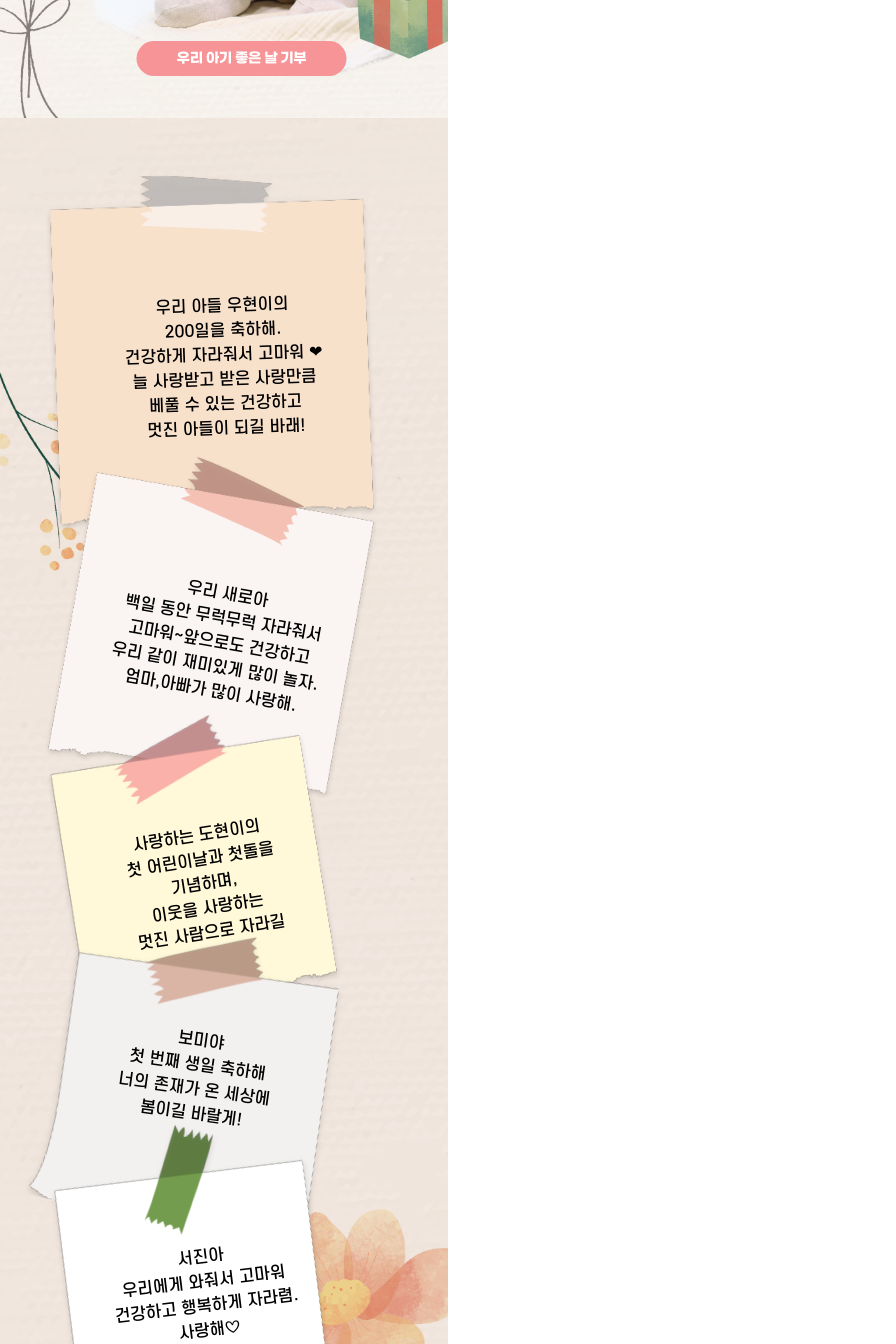
Repository: dlgywls1130/save_children_m
Page: index.html
The author's editor kept a copy of each file at every save. The page is drawn from the files as they stood at one save, then again after the next save.
The browser window is 1280 px wide. The pictures show the part of the page from y = 772 to 2692 px (the page is 9658 px tall), at 70% of full size.

Above is the page before, as saved 2023-12-13 19:12:23.

### index.html
<!DOCTYPE html>
<html lang="en">
<head>
    <meta charset="UTF-8">
    <meta name="viewport" content="width=device-width, initial-scale=1.0">
    <title>세이브더칠드런</title>

    <link rel="stylesheet" href="./css/reset.css">
    <link rel="stylesheet" href="./css/style.css">

</head>
<body>
    <div class="content_body">
        <section class="section_wrapper section01">
            <div class="se01 se_wrapper">
                <div class="se01_sub">
                    <div class="sub_logo">
                        <img src="./img/logo01.png" alt="logo">
                    </div>
                    <p>우리 아기 좋은 날 기부</p>
                </div>
                <p class="seo01_title">
                    아가야,
                </p>
                <p class="seo01_title_two">
                    너의 <span id="rollingText">탄생</span> 순간을 축하해!
                </p>
                <p class="section_descript mb-45">
                    아이의 건강과 행복을
                    <br>바라는 마음을 담아,
                    <br>탄생, 백일, 첫 걸음마, 첫돌 등
                    <br>내 아이의 소중한 순간을
                    <br>기부로 기념해보세요.
                    <br>함께 자라나는 다른 아이들
                    <br>에게도 큰 축복이 됩니다..
                </p>

                <a class="donation_link" href="javascript:void(0)">우리 아기 좋은 날 기부</a>
            </div>
        </section>
        <section class="section_wrapper section02">
            <div class="se02 se_wrapper">
                <div class="postit_wrapper">
                    <div class="postit postit01">
                        <p>우리 아들 우현이의<br>
                        200일을 축하해.<br>
                        건강하게 자라줘서 고마워 ❤<br>
                        늘 사랑받고 받은 사랑만큼<br>
                        베풀 수 있는 건강하고<br>
                        멋진 아들이 되길 바래!</p>
                    </div>
                    <div class="postit postit02">
                        <p>우리 새로아<Br>
                        백일 동안 무럭무럭 자라줘서<Br>
                        고마워~앞으로도 건강하고<Br>
                        우리 같이 재미있게 많이 놀자.<Br>
                        엄마,아빠가 많이 사랑해.</p>
                    </div>

                    <div class="postit postit05">
                        <p>사랑하는 도현이의<br>
                        첫 어린이날과 첫돌을<br>
                        기념하며, <br>
                        이웃을 사랑하는<br>
                        멋진 사람으로 자라길</p>

                    </div>
                    <div class="postit postit04">
                        <p>보미야<br>
                        첫 번째 생일 축하해<br>
                        너의 존재가 온 세상에<br>
                        봄이길 바랄게!   </p>
                    </div>

                    <div class="postit postit03">
                        <p>서진아<br>
                        우리에게 와줘서 고마워<br>
                        건강하고 행복하게 자라렴.<br>
                        사랑해♡      </p>
                    </div>

                </div>
                <p class="ex_text">*소개한 사연은 모두 실제 사연입니다.</p>

            </div>
        </section>
        <section class="section_wrapper section03">
            <div class="se_wrapper se03">
                <div class="se_title_co">
                    아기의 좋은 날을 기념해 주신 모든 분들께
                    <br>후원감사증서를 보내드립니다.
                </div>
                <div class="se_sub_co">
                    후원감사증서는 아기에게 남기고 싶은 메시지와 아기의 좋은 날이 담긴 사진을 보관할 수 있도록
                    <br>만들어드립니다. 먼 훗날, 아기가 성장해 읽게 될 날을 그리며 편지를 써보세요.
                </div>
            </div>

        </section>
        <section class="section_wrapper section04">
            <div class="se_wrapper se04">
                <div class="se_title_co">
                    이름 자수 순면거즈블랭킷
                </div>
                <div class="se_sub_co">
                    30만원 이상 후원하신 분들께는 순면 거즈 아기 블랭킷(90*110)에
                    <Br>원하시는 이름(영문)을 예쁘게 수놓아 드립니다.
                </div>

                <div class="se04_slide mt-85">
                    <div class="se04_slide_list">
                        <img src="./img/slide01.jpg">
                    </div>
                    <div class="se04_slide_list">
                        <img src="./img/slide02.jpg">
                    </div>
                    <div class="se04_slide_list">
                        <img src="./img/slide03.jpg">
                    </div>
                </div>
            </div>
        </section>
        <section class="section_wrapper section05">
            <div class="se_wrapper se05">
                <div class="se_title_co">
                    후원신청 과정
                </div>

                <div class="se_step_list">
                    <div class="se_step">
                        <p class="step_number">1</p>
                        <div class="step_ico">
                            <img src="./img/icon01.png" alt="img">
                        </div>
                        <p class="step_descript">
                            후원신청하기
                        </p>
                    </div>
                    <div class="se_step">
                        <p class="step_number">2</p>
                        <div class="step_ico">
                            <img src="./img/icon02.png" alt="img">
                        </div>
                        <p class="step_descript">
                            후원감사증서
                            <br>메시지 적기
                        </p>
                    </div>
                    <div class="se_step">
                        <p class="step_number">3</p>
                        <div class="step_ico">
                            <img src="./img/icon03.png" alt="img">
                        </div>
                        <p class="step_descript">
                            신청완료
                        </p>
                    </div>
                    <div class="se_step">
                        <p class="step_number">4</p>
                        <div class="step_ico">
                            <img src="./img/icon04.png" alt="img">
                        </div>
                        <p class="step_descript">
                            후원감사증서 발송
                            <Br>(1주 이내)
                        </p>
                    </div>
                </div>

                <div class="se_sub_co mt-100">
                    30만원 이상 후원해 주신 경우,
                    <br>감사 선물 수령 주소 및 아기 블랭킷에 새겨질 문구 확인을 위한 문자가 발송됩니다.
                </div>

                <a class="donation_link" href="javascript:void(0)">우리 아기 좋은 날 기부</a>
            </div>

        </section>
        <section class="section_wrapper section06">
            <div class="se_wrapper se06">
                <div class="se_title_co">
                    후원금, 이렇게 쓰여요!
                </div>
                <div class="se_sub_co">
                    세이브더칠드런은 <span>국내외 아동을 위한 교육,
                    <Br>보호, 보건영양지원, 아동권리옹호</span> 등의 활동을 해나가고 있습니다.
                </div>
                <div class="se_sub_co">
                    보내주신 후원금은 정치, 종교, 인종에 관계없이 모든 아이를 구해야 한다는
                    <Br>세이브더칠드런의 신념에 따라 <span>가장 도움 필요한 아이를 위해 우선 사용</span>됩니다.
                </div>
            </div>

        </section>
        <section class="section_wrapper section07">
            <div class="se_wrapper se07">
                <div class="se_title_co">
                    FAQ
                </div>
                <div class="accordion">
                    <div class="accordion-item">
                        <h3 class="title">
                            <span>1. 30만원 이상 후원했습니다. 거즈 순면 블랭킷은 언제 오나요?</span>
                            <img src="./img/top.png">
                        </h3>
                        <p class="paragraph">
                            우리아기 축하기부로 30만원 이상 후원자님들께는 담요에 수놓을 아기 이름과
                            <Br>선물 수령 주소 확인을 위한 문자가 발송됩니다.
                            <br>02-6900-4479로 발송되는 문자 속 설문조사에 답해주세요.
                            <br>확인을 완료하신 분들께는 블랭킷 제작을 담당하고 있는 조니 스튜디오에서
                            <br>아기 이름 자수 작업 완료 후 배송해 드립니다.

                        </p>
                    </div>
                    <div class="accordion-item">
                        <h3 class="title">
                            <span>2. 거즈 순면 블랭킷, 안전한 제품인가요?</span>
                            <img src="./img/top.png">
                        </h3>
                        <p class="paragraph">
                            본 블랭킷은 워싱된 3중 거즈로 제작되었으며, KC안전검사를 완료하였습니다.
                            소재 특성상 섬유 조각이 발생할 수 있어 망에 넣지 않고 3번 정도 물빨래 하시는 것을 권장합니다.

                        </p>
                    </div>
                    <div class="accordion-item">
                        <h3 class="title">
                            <span>3. 거즈 순면 블랭킷을 받았는 데 하자가 있어요. 어떻게 해야 하나요? </span>
                            <img src="./img/top.png">
                        </h3>
                        <p class="paragraph">
                            070-4220-4123 (조니스튜디오 CS)로 전화 연락 부탁드립니다. 하자 물품에 대한 교환은 수령일로부터 7일 이내에 조니스튜디오에 연락해주셔야 하며, 이로 인한 후원금 환불은 어렵습니다.
                        </p>
                    </div>
                    <div class="accordion-item">
                        <h3 class="title">
                            <span>4. 후원감사증서에 넣을 수 있는 사진 사이즈는 얼마인가요?</span>
                            <img src="./img/top.png">
                        </h3>
                        <p class="paragraph">
                            사진 인화 사이즈 5*7 인치에 맞추어서 제작되었습니다.  그보다 작은 사진일 경우, 후원감사증서
                            내부의 주머니에 넣어 보관하실 수도  있습니다.

                        </p>
                    </div>
                </div>
            </div>

        </section>
        <section class="section_wrapper section08">
            <div class="se_wrapper se08">
                <div class="se08_postion">
                    <p class="se08_title">우리 아기 좋은 날 기부</p>
                    <p class="se08_descript">
                        탄생, 백일, 첫 걸음마, 첫돌...
                        <br>소중한 우리 아기의 성장을 기념해 보세요!
                        <br>아기의 좋은 날이 모여 세상의 행복이 됩니다.
                    </p>
                    <a href="javascript:void(0)" class="more_btn">
                        <p>자세히보기</p>
                        <svg xmlns="http://www.w3.org/2000/svg" width="16" height="16" fill="currentColor" class="bi bi-chevron-right" viewBox="0 0 16 16">
                            <path fill-rule="evenodd" d="M4.646 1.646a.5.5 0 0 1 .708 0l6 6a.5.5 0 0 1 0 .708l-6 6a.5.5 0 0 1-.708-.708L10.293 8 4.646 2.354a.5.5 0 0 1 0-.708z"/>
                        </svg>
                    </a>
                </div>

            </div>
        </section>
    </div>

    <script src="https://ajax.googleapis.com/ajax/libs/jquery/1.12.4/jquery.min.js"></script>
    <script src="./js/main.js"></script>
</body>
</html>

### css/style.css

/* root */
:root{
    --main-color:#B17A60;
    --pink-color:#F79497;
}


/* font */

/* dongle */
@font-face {
    font-family: 'Dongle';
    font-weight: 300;
    src: url('../font/Dongle-Light.ttf') format('ttf'),
    url('../font/Dongle-Light.woff') format('woff');
}

@font-face {
    font-family: 'Dongle';
    font-weight: 500;
    src: url('../font/Dongle-Regular.ttf') format('ttf'),
    url('../font/Dongle-Regular.woff') format('woff');
}

@font-face {
    font-family: 'Dongle';
    font-weight: 700;
    src: url('../font/Dongle-Bold.ttf') format('ttf'),
    url('../font/Dongle-Bold.woff') format('woff');
}


/* Gmarket */
@font-face {
    font-family: 'GmarketSans';
    font-weight: 300;
    src: url('../font/GmarketSansLight.ttf') format('ttf'),
    url('../font/GmarketSansLight.woff') format('woff');
}

@font-face {
    font-family: 'GmarketSans';
    font-weight: 500;
    src: url('../font/GmarketSansMedium.ttf') format('ttf'),
    url('../font/GmarketSansMedium.woff') format('woff');
}

@font-face {
    font-family: 'GmarketSans';
    font-weight: 700;
    src: url('../font/GmarketSansBold.ttf') format('ttf'),
    url('../font/GmarketSansBold.woff') format('woff');
}


/* nanumsqure */

@font-face {
    font-family: 'NanumSquare';
    font-weight: 400;
    src: url('../font/NanumSquareL.ttf') format('ttf'),
    url('../font/NanumSquareL.woff') format('woff');
}

@font-face {
    font-family: 'NanumSquare';
    font-weight: 500;
    src: url('../font/NanumSquareR.ttf') format('ttf'),
    url('../font/NanumSquareR.woff') format('woff');
}

@font-face {
    font-family: 'NanumSquare';
    font-weight: 600;
    src: url('../font/NanumSquareB.ttf') format('ttf'),
    url('../font/NanumSquareB.woff') format('woff');
}

@font-face {
    font-family: 'NanumSquare';
    font-weight: 700;
    src: url('../font/NanumSquareEB.ttf') format('ttf'),
    url('../font/NanumSquareEB.woff') format('woff');
}



/* scdream5 */
@font-face {
    font-family: 'SCDream5';
    src: url('../font/SCDream5.woff') format('woff'),
    url('../font/SCDream5.ttf') format('ttf'),
    url('../font/SCDream5.otf') format('otf');
}


.section_wrapper{
    max-width:1920px;
    width: 100%;

}

.se_wrapper{
    max-width: 640px;
    width: 100%;
    position: relative;
    box-sizing: border-box;
}


/* section01 */


.section01{
    background: url('../img/back01.jpg') no-repeat;
    height: 940px;

}

.se01{
    padding: 145px 10px 92px 60px;
    box-sizing: border-box;
}
.se01_sub{
    display: flex;
    align-items: center;
    margin-bottom: 70px;
}

.sub_logo{
    width: 125px;
    height: 40px;
    margin-right: 10px;
}

.sub_logo img{
    width: 100%;
    height: 100%;
    object-fit: contain;
}

.se01_sub p{
    width: 190px;
    height: 30px;
    background: #B17A60;
    border-radius: 15px;
    display: flex;
    align-items: center;
    justify-content: center;
    letter-spacing: -0.03em;
    font-size: 15px;
    font-weight: 700;
    font-family: 'GmarketSans',sans-serif;
    color: #fff;
}

.seo01_title{
    font-family: 'Dongle',sans-serif;
    font-weight: 500;
    font-size: 120px;
    color: var(--main-color);
    letter-spacing: -0.03em;
}

.seo01_title_two{
    font-family: 'Dongle',sans-serif;
    font-weight: 500;
    font-size: 90px;
    color: var(--main-color);
    letter-spacing: -0.03em;
    margin-top: -7%;
    margin-bottom: 50px;
    display: flex;
    align-items: center;
}

.seo01_title_two span{
    margin: 0 1.5rem;
}
.section_descript{
    font-size: 20x;
    line-height: 30px;
    font-family: 'GmarketSans';
    font-weight: 500;
    letter-spacing: -0.03em;
    color: #000;
}

.donation_link{
    width: 300px;
    height: 50px;
    border-radius: 100px;
    display: flex;
    align-items: center;
    justify-content: center;
    background: var(--pink-color);
    color: #fff;
    font-family: 'GmarketSans';
    font-size: 20px;
    font-weight: 700;
    letter-spacing: -0.03em;
    text-decoration: none;
    margin: 145px auto 0;
}


@keyframes roll {
    from {
        transform: translateY(40%);
        opacity: 0;
    }
    to {
        transform: translateY(0);
        opacity: 1;
    }
  }


  #rollingText.animate-text {
    animation: roll 0.5s ease-in-out;
}

/* section02 */

.section02{
    height: 2800px;
    background: url('../img/back02.jpg') no-repeat;
}

.se02{
    box-sizing: border-box;
    height: 100%;
}
.postit_wrapper{
    width: 100%;
    padding: 76px 60px 96px;
    position: relative;
}

.ex_text{
    font-family: 'GmarketSans';
    font-size: 20px;
    font-weight: 500;
    letter-spacing: -0.03em;
}


.postit p{
    font-family: 'SCDream5';
    font-size: 23px;
    line-height: 35px;
    text-align: center;
    display: flex;
    justify-content: center;
    align-items: center;
    height: 100%;
}

.postit01{
    background:url('../img/post04.png') no-repeat;
    width: 520px;
    height: 520px;
    background-size: contain;
    box-sizing: border-box;
}

.postit01 p{
    transform: rotate(358deg);
    padding-top: 20px;
}

.postit02{
    background: url('../img/post05.png') no-repeat;
    width: 510px;
    height: 510px;
    background-size: contain;
    box-sizing: border-box;
    margin-top: -19%;
}

.postit02 p{
    transform: rotate(10deg);
    padding-top: 20px;
}

.postit03{
    background:url('../img/post02.png') no-repeat;
    width: 459px;
    height: 459px;
    background-size: contain;
    box-sizing: border-box;
    margin-top: -25%;
    transform: rotate(-14deg);
}

.postit03 p{
    transform: rotate(7deg);
    padding-top: 20px;
}

.postit04{
    background: url(../img/post03.png) no-repeat;
    width: 440px;
    height: 440px;
    background-size: cover;
    box-sizing: border-box;
    margin-top: -24%;
    transform: rotate(14deg);
}

.postit04 p{
    transform: rotate(354deg);
}

.postit05{
    background:url('../img/post01.png') no-repeat;
    width: 460px;
    height: 460px;
    background-size: contain;
    box-sizing: border-box;
    margin-top: -22%;
}

.postit05 p{
    transform: rotate(-9deg);
    padding-top: 20px;
}

/* section03 */

.section03{
    height: 1340px;
    background: url('../img/back04.jpg') no-repeat;
}

.se03{
    padding: 123px 0 96px;
    box-sizing: border-box;
    height: 100%;
}


.se_title_co{
    font-size: 120px;
    line-height: 120px;
    letter-spacing: -0.03em;
    font-family: 'Dongle';
    font-weight: 500;
    color: var(--main-color);
    text-align: center;
}

.se_sub_co{
    font-size: 25px;
    letter-spacing: -0.03em;
    line-height: 50px;
    font-family: 'GmarketSans';
    font-weight: 500;
    text-align: center;
    margin-top: 50px;
}

/* section04 */

.section04{
    height: 1340px;
    background: url('../img/back05.jpg') no-repeat;
}

.se04{
    padding: 120px 0 130px;
    box-sizing: border-box;
    height: 100%;
}

.se04_slide{
    width: 944px;
    margin: 0 auto;
}


.slick-prev,
.slick-next {
    background: transparent;
    border: none;
    cursor: pointer;
    font-size: 0;
}

.slick-prev {

    width: 48px;
    height: 40px;
    position: absolute;
    left: -6%;
    top: 50%;
    transform: translateY(-50%);
    z-index: 1;
    background-size: contain;
}

.slick-next {

    width: 48px;
    height: 40px;
    position: absolute;
    right: -6%;
    top: 50%;
    transform: translateY(-50%);
    background-size: contain;
}

.slick-next  img,
.slick-prev img{
    width: 100%;
    height: 100%;
    object-fit: contain;
}

/* section05 */
.section05{
    height: 1080px;
    background: url('../img/back07.jpg') no-repeat;
}

.se05{
    padding: 150px 0 140px;
    box-sizing: border-box;
    height: 100%;
}

.se_step_list{
    display: flex;
    align-content: center;
    column-gap: 88px;
    margin-top: 90px;
    position: relative;
}

.se_step_list::after{
    position: absolute;
    content: '';
    top: 38%;
    transform: translate(0,-50%);
    border-top: 2px dashed var(--pink-color);
    width: 100%;
}

.se_step_list .se_step{
    position: relative;
}

.step_number{
    font-size: 25px;
    letter-spacing: -0.03em;
    line-height: 35px;
    font-weight: 700;
    font-family: 'GmarketSans';
    position: absolute;
    left: 19%;
    top: 0;
    color: var(--main-color);
    z-index: 2;
}

.se_step_list .se_step .step_ico{
    width: 200px;
    height: 200px;
    border-radius: 50%;
    background-color: #fff;
    display: flex;
    align-items: center;
    justify-content: center;
    position: relative;
    z-index: 1;
}

.se_step_list .se_step .step_ico img {
    width: 138px;
    height: 138px;
    object-fit: contain;
    object-position: 73%;
}

.step_descript{
    font-size: 20px;
    letter-spacing: -0.03em;
    line-height: 23px;
    font-weight: 500;
    font-family: 'GmarketSans';
    text-align: center;
    margin-top: 20px;
    color: var(--main-color);
}

.se_step_list .se_step:first-child .step_ico::before{
    display: none;
}

.se_step_list .se_step:last-child .step_ico::after{
    display: none;
}

.se_step_list .step_ico::before{
    position: absolute;
    content: '';
    top: 50%;
    left: -5px;
    transform: translate(0,-50%);
    width: 10px;
    height: 10px;
    border-radius: 50%;
    background-color: var(--pink-color);
}


.se_step_list .step_ico::after{
    position: absolute;
    content: '';
    top: 50%;
    right: -5px;
    transform: translate(0,-50%);
    width: 10px;
    height: 10px;
    border-radius: 50%;
    background-color: var(--pink-color);
}

/* section06 */
.section06{
    height:700px;
    background: url('../img/back06.jpg') no-repeat;
}

.se06{
    padding: 150px 0;
    height: 100%;
    box-sizing: border-box;
}


.se_sub_co span{
    font-weight: 700;
}
/* section07 */

.section07{
    height:1080px;
    background: url('../img/back02.jpg') no-repeat;
}

.se07{
    padding: 100px 0;
    height: 100%;
    box-sizing: border-box;
}


.accordion{
    margin-top: 80px;
}
.accordion-item {
    padding:15px 0;
    margin: 0;
    overflow: hidden;
}

.accordion-item .title {
    display: flex;
    justify-content: space-between;
    align-items: center;
    font-weight: 700;
    font-size: 30px;
    letter-spacing: -0.03em;
    cursor: pointer;
    width: 100%;
    height: 80px;
    border-radius: 50px;
    background-color: #fff;
    color: var(--main-color);
    padding: 0 30px;
    font-family: 'GmarketSans';
    box-sizing: border-box;
}

.accordion-item .title img {
    font-size: 0.9rem;
    color: #454545;
    transform: rotate(0);
    transition: transform 0.15s ease;
}

.accordion-item .paragraph {
    font-weight: 500;
    font-size: 25px;
    letter-spacing: -0.03em;
    color: #000;
    display: none;
    padding: 50px 70px 35px;
    list-style: inside;
    line-height: 50px;
    font-family: 'GmarketSans';
}

.accordion-item .paragraph .indent{
    text-indent: 1rem;
}


.accordion-item .paragraph span{
    font-weight: bold;
}

.accordion-item.active .title img{
    transform: rotate(180deg);
}

.accordion-item.active .paragraph {
    display: block;
}


/* section08 */

.section08{
    height:378px;
    background: url('../img/banner.jpg') no-repeat;
}
.se08{
    position: relative;
    height: 100%;
}

.se08_postion{
    position: absolute;
    top: 80px;
    left: 50%;
}

.se08_title{
    font-family: 'NanumSquare';
    font-weight: 600;
    font-size: 23px;
    letter-spacing: -0.05em;
    line-height: 50px;
    position: relative;
}

.se08_title::before{
    position: absolute;
    content: '';
    top: -7px;
    width: 32px;
    height: 3px;
    background-color:#543F2C;
    left: 0;
}

.se08_descript{
    font-family: 'NanumSquare';
    font-weight: 500;
    font-size: 19px;
    line-height: 28px;
    letter-spacing: -0.06em;
}

.more_btn{
    margin-top: 38px;
    width: 150px;
    height: 40px;
    background: #543F2C;
    display: flex;
    align-items: center;
    justify-content: center;
    text-decoration: none;
}

.more_btn p{
    font-family: 'NanumSquare';
    font-weight: 500;
    font-size: 18px;
    color: #fff;

}

.more_btn svg{
    fill: #fff;
}

Loaded but not shown: js/main.js (46 lines, source omitted); css/reset.css (45 lines, source omitted)

After the next save:
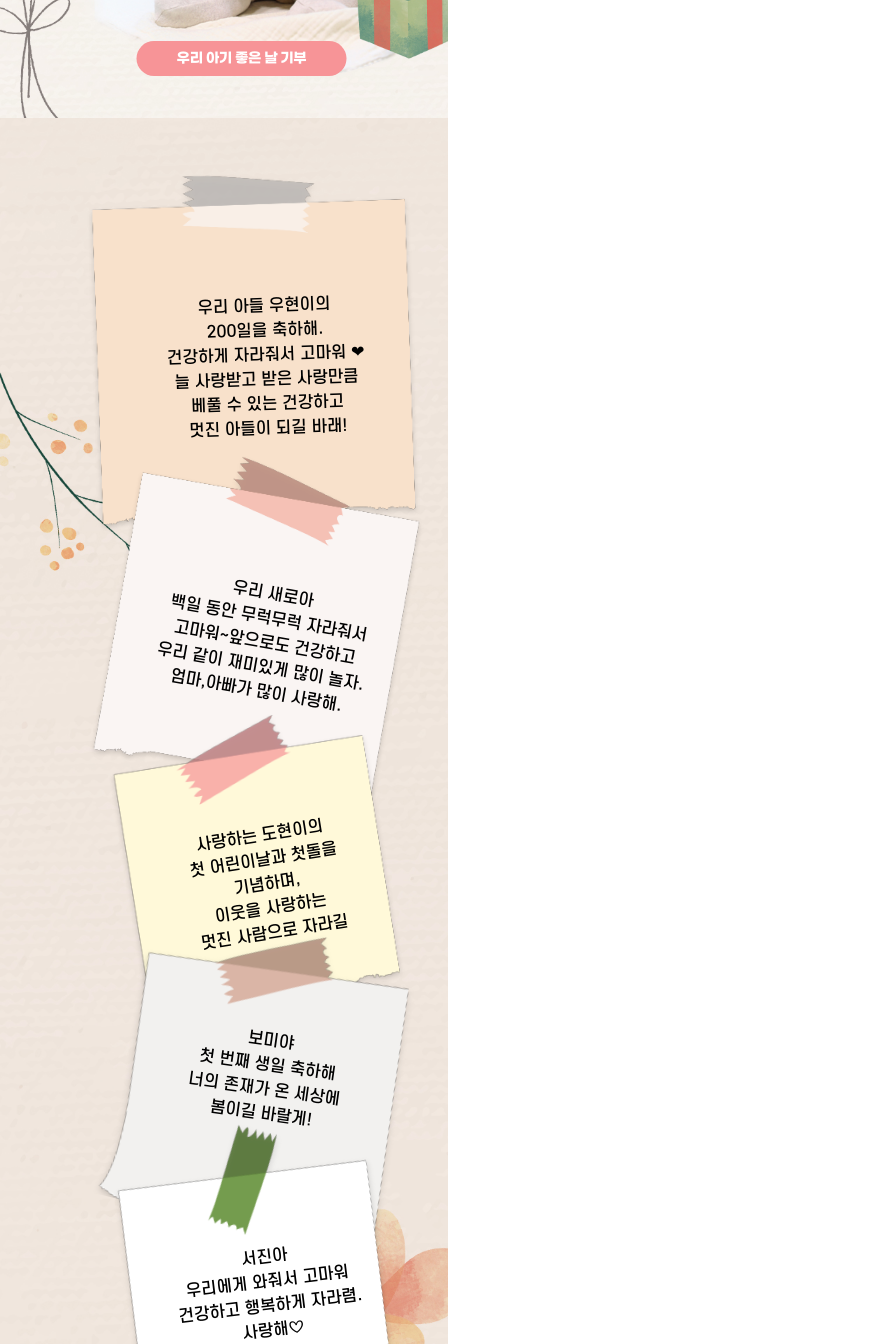
Saved 50 s later.
--- a/css/style.css
+++ b/css/style.css
@@ -236,6 +236,9 @@
     width: 100%;
     padding: 76px 60px 96px;
     position: relative;
+    display: flex;
+    flex-direction: column;
+    align-items: center;
 }
 
 .ex_text{
